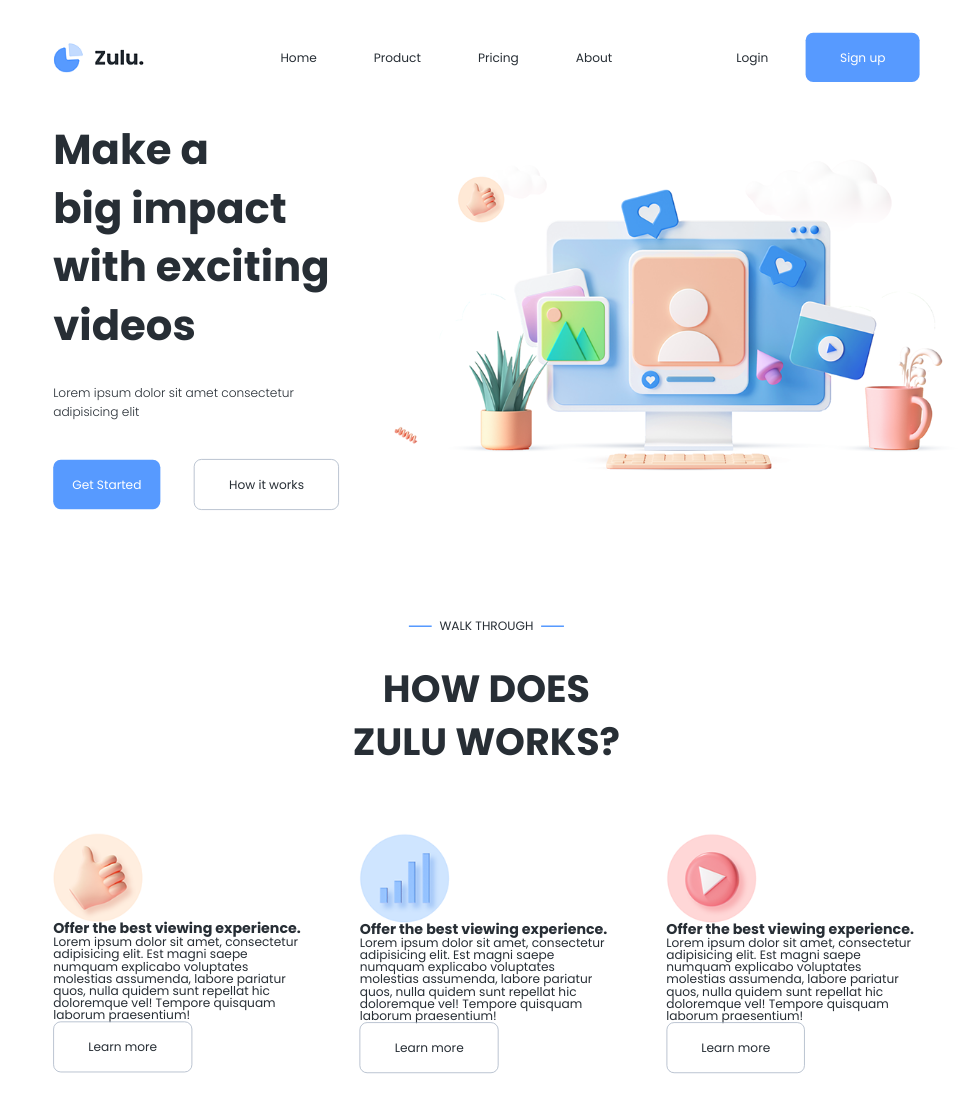
Repository: baodien1405/zulu-landing-page
Page: index.html
The author's editor kept a copy of each file at every save. The page is drawn from the files as they stood at one save, then again after the next save.
The browser window is 1280 px wide. The pictures show the whole page, at 76% of full size.
The style sheet was rebuilt from its Sass, Less or Tailwind sources for each picture, by a compiler version that may differ from the author's.

Above is the page before, as saved 2021-06-22 16:48:10.

### index.html
<!DOCTYPE html>
<html lang="en">
<head>
  <meta charset="UTF-8">
  <meta http-equiv="X-UA-Compatible" content="IE=edge">
  <meta name="viewport" content="width=device-width, initial-scale=1.0">
  <link rel="preconnect" href="https://fonts.gstatic.com">
  <link href="https://fonts.googleapis.com/css2?family=Poppins:wght@300;400;600;700&display=swap" rel="stylesheet">
  <link rel="stylesheet" href="./styles.css">
  <title>Zulu</title>
</head>
<body>
  <div class="wrapper">
    <div class="container">
      <!-- Header -->
      <header class="header">
        <a href="index.html" class="header-logo">
          <img src="/images/logo.png" alt="" class="header-logo-image">
        </a>
        <ul class="header-menu">
          <li class="header-menu-item">
            <a href="#" class="header-menu-link">Home</a>
          </li>
          <li class="header-menu-item">
            <a href="#" class="header-menu-link">Product</a>
          </li>
          <li class="header-menu-item">
            <a href="#" class="header-menu-link">Pricing</a>
          </li>
          <li class="header-menu-item">
            <a href="#" class="header-menu-link">About</a>
          </li>
        </ul>
        <div class="header-auth">
          <a href="#" class="button">Login</a>
          <a href="#" class="button button--primary">Sign up</a>
        </div>
      </header>

      <!-- Banner -->
      <section class="banner">
        <div class="banner-info">
          <h1 class="banner-heading">
            <span>Make a</span> <span>big impact</span> <span>with exciting</span> <span>videos</span>
          </h1>
          <p class="banner-desc">
            Lorem ipsum dolor sit amet consectetur adipisicing elit
          </p>
          <div class="banner-links">
            <a href="#" class="button button--primary">Get Started</a>
            <a href="#" class="button button--outline">How it works</a>
          </div>
        </div>
        <img src="./images/img1.png" alt="" class="banner-image">
      </section>

      <!-- Work  -->
      <section class="work">
        <div class="block">
          <span class="block-caption">Walk Through</span>
          <h2 class="block-heading"><span>How does</span> <span>Zulu works?</span></h2>
        </div>
        <div class="work-list">
          <div class="work-item">
            <img src="./images/img2.png" alt="" class="work-image" />
            <h3 class="work-title">Offer the best viewing experience.</h3>
            <p class="work-desc">Lorem ipsum dolor sit amet, consectetur adipisicing elit. Est magni saepe numquam explicabo voluptates molestias assumenda, labore pariatur quos, nulla quidem sunt repellat hic doloremque vel! Tempore quisquam laborum praesentium!</p>
            <a href="#" class="button button--outline">Learn more</a>
          </div>
          <div class="work-item">
            <img src="./images/img3.png" alt="" class="work-image" />
            <h3 class="work-title">Offer the best viewing experience.</h3>
            <p class="work-desc">Lorem ipsum dolor sit amet, consectetur adipisicing elit. Est magni saepe numquam explicabo voluptates molestias assumenda, labore pariatur quos, nulla quidem sunt repellat hic doloremque vel! Tempore quisquam laborum praesentium!</p>
            <a href="#" class="button button--outline">Learn more</a>
          </div>
          <div class="work-item">
            <img src="./images/img4.png" alt="" class="work-image" />
            <h3 class="work-title">Offer the best viewing experience.</h3>
            <p class="work-desc">Lorem ipsum dolor sit amet, consectetur adipisicing elit. Est magni saepe numquam explicabo voluptates molestias assumenda, labore pariatur quos, nulla quidem sunt repellat hic doloremque vel! Tempore quisquam laborum praesentium!</p>
            <a href="#" class="button button--outline">Learn more</a>
          </div>
        </div>
      </section>
    </div>
  </div>
</body>
</html>

### styles.scss
@import "variables";
@import "global";
@import "header";
@import "banner";
@import "work";

### _variables.scss
$gray-dark: #272e35;
$gray-blur: #a5b2c3;
$primary-color: #579aff;
$gray-line: #f4f4f4;

### _global.scss
* {
  margin: 0;
  padding: 0;
  box-sizing: border-box;
}

body {
  overflow-x: hidden;
  color: $gray-dark;
}

img {
  display: block;
  max-width: 100%;
}

a {
  text-decoration: none;
}

body {
  font-family: "Poppins", sans-serif;
  font-size: 16px;
  line-height: 1;
  background-color: #fff;
}

.wrapper {
  max-width: 1440px;
  margin: 0 auto;
}

.container {
  max-width: 1170px;
  padding: 0 15px;
  margin: 0 auto;
}

.button {
  display: inline-block;
  font-size: 16px;
  padding: 20px 45px;
  color: $gray-dark;
  background-color: transparent;
  border-radius: 10px;
  line-height: normal;
  &--primary {
    color: #fff;
    background-color: $primary-color;
  }
  &--outline {
    border: 1px solid $gray-blur;
  }
}

.block {
  text-align: center;
  display: flex;
  align-items: center;
  justify-content: center;
  flex-direction: column;
  margin-bottom: 85px;

  &-caption {
    text-transform: uppercase;
    margin-bottom: 40px;
    position: relative;
    display: inline-block;
    padding: 0 10px;
  }

  &-caption::before {
    left: 0;
    transform: translate(-100%, -50%);
  }

  &-caption::after {
    right: 0;
    transform: translate(100%, -50%);
  }

  &-caption::before,
  &-caption::after {
    position: absolute;
    content: "";
    width: 30px;
    height: 2px;
    background-color: $primary-color;
    top: 50%;
  }

  &-heading {
    text-transform: uppercase;
    font-size: 50px;
    line-height: 1.4;

    span {
      display: block;
    }
  }
}

### _header.scss
.header {
  padding-top: 43px;
  display: flex;
  align-items: center;

  &-logo {
    display: block;
    margin-right: 180px;
  }

  &-menu {
    display: flex;
    align-items: center;
    list-style: none;

    &-item:not(:first-child) {
      margin-left: 75px;
    }

    &-link {
      color: $gray-dark;
      transition: color 0.2s ease-in-out;
      &:hover {
        color: $primary-color;
      }
    }
  }

  &-auth {
    margin-left: auto;
  }
}

### _banner.scss
.banner {
  display: flex;
  align-items: center;
  padding-top: 50px;

  &-info {
    width: 35%;
  }

  &-image {
    width: 65%;
    transform: translateX(50px);
  }

  &-heading {
    font-size: 55px;
    line-height: 1.4;
    margin-bottom: 40px;

    & span {
      display: block;
    }
  }

  &-desc {
    font-weight: 300;
    line-height: 1.5;
    margin-bottom: 50px;
  }

  &-links {
    .button:first-child {
      margin-right: 40px;
      padding-left: 25px;
      padding-right: 25px;
    }
  }
}

### _work.scss
.work {
  padding-top: 145px;
  padding-bottom: 50px;

  &-list {
    display: flex;
    justify-content: space-between;
  }

  &-item {
    width: calc(33.33% - 46.67px);
  }
}

After the next save:
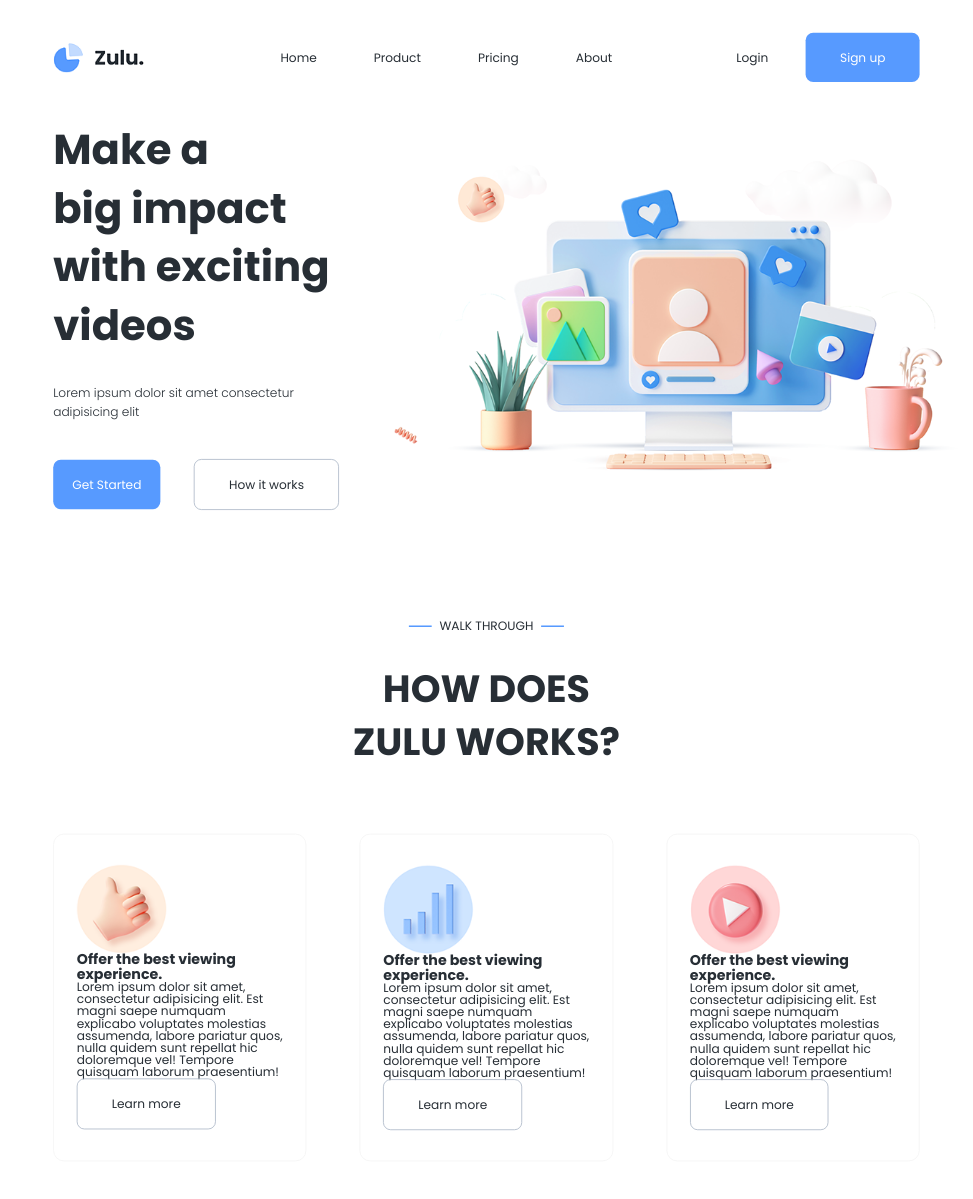
Saved 46 s later.
--- a/_work.scss
+++ b/_work.scss
@@ -9,5 +9,8 @@
 
   &-item {
     width: calc(33.33% - 46.67px);
+    padding: 40px 30px;
+    border: 1px solid $gray-line;
+    border-radius: 14px;
   }
 }
